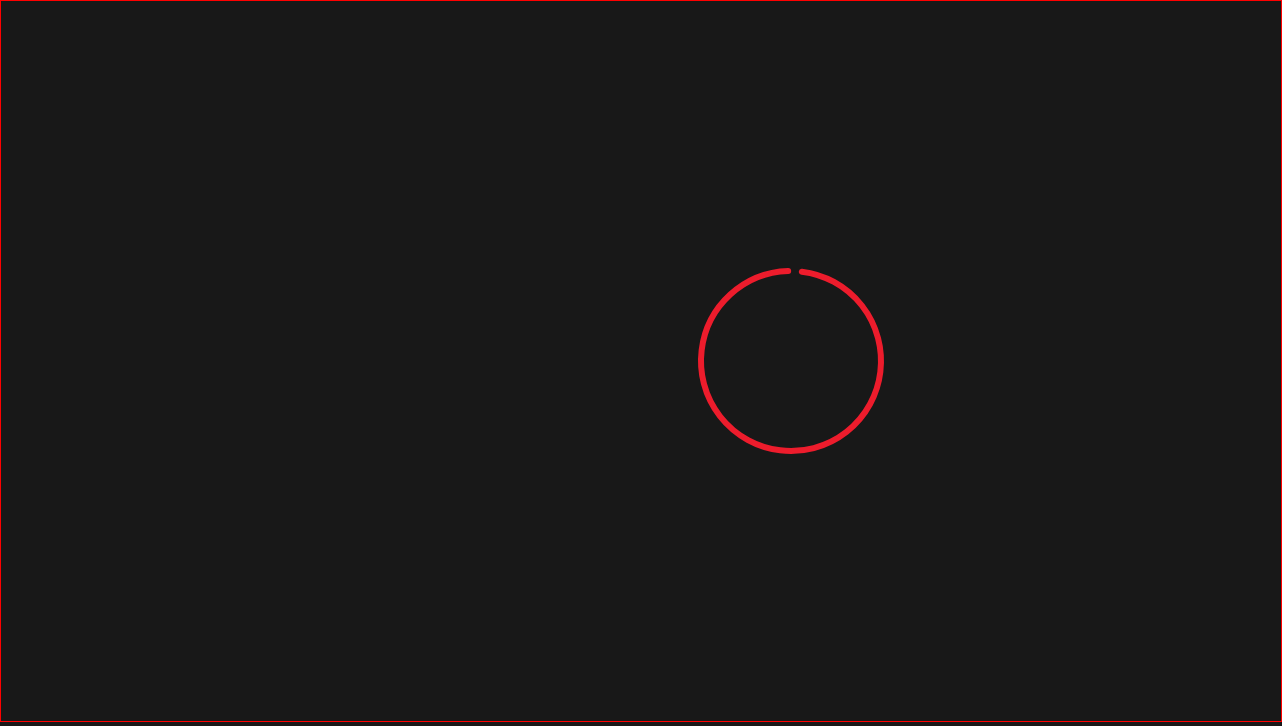
Repository: randy918/chris-canvas-52323
Page: index.html
An editor plug-in stored every save of this project. The page is shown before and after a run of saves, followed by the edit.
The browser window is 1280 px wide. The page is 1282 px wide, so the pictures cover 1282 px, including what lies to the right of the window. The pictures show the whole page.
The style sheet was rebuilt from its Sass, Less or Tailwind sources for each picture, by a compiler version that may differ from the author's.

Above is the page before, as saved 2023-05-26 18:16:54.

After the next 2 saves:
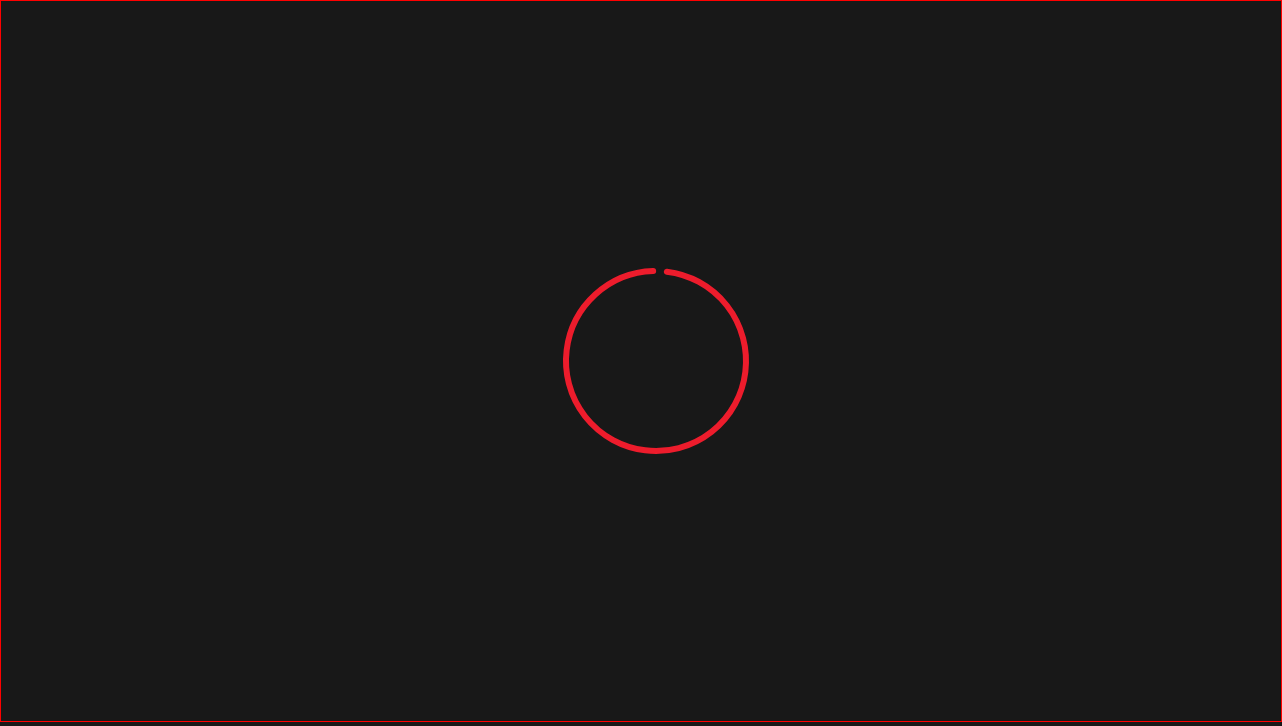
The 2 saves are shown as one change because they came seconds apart.
The last was saved 6 s later.
--- a/js/canvas.js
+++ b/js/canvas.js
@@ -20,7 +20,7 @@ const main = function () {
 	let defaultX = canvas.width / 2;
     let defaultY = canvas.height / 2;
 
-    let dx = .5;
+    let dx = .05;
 
 
 	const DEFAULTWIDTH = 200;
